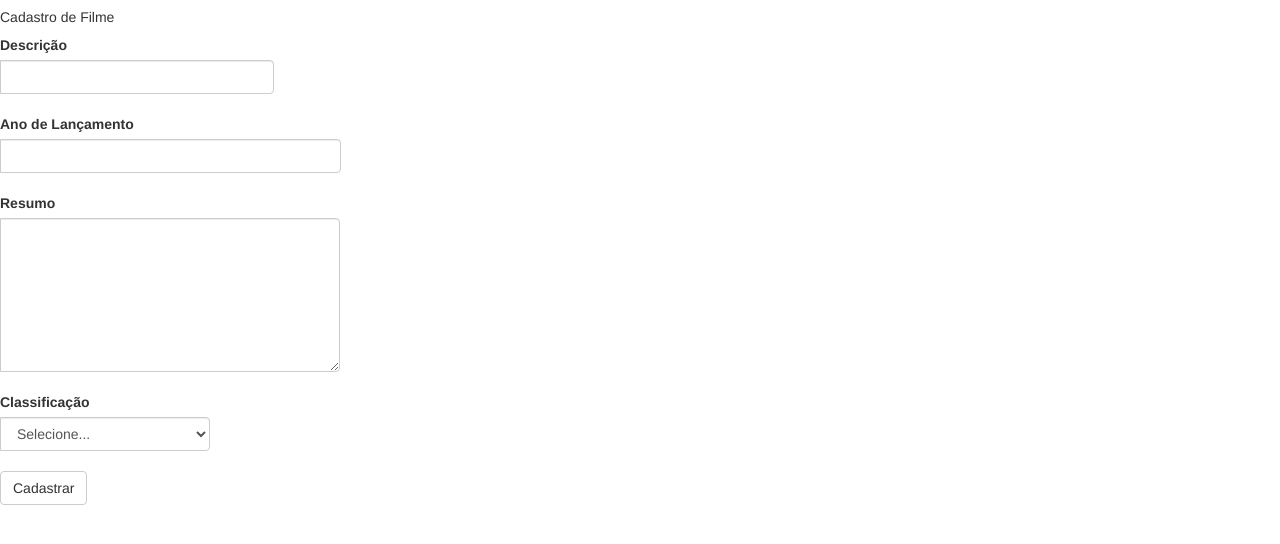
Repository: cadupedrassani/CursoDeJava
Page: Avaliação/BaseAPI/WebApp/src/main/webapp/filme/cadastro.html
These files come from the project's save history. The page is drawn as it stood at one moment and after the next save; the edit follows.
The browser window is 1280 px wide. The pictures show the whole page.

Above is the page before, as saved 2016-12-06 16:15:07.

After the next save:
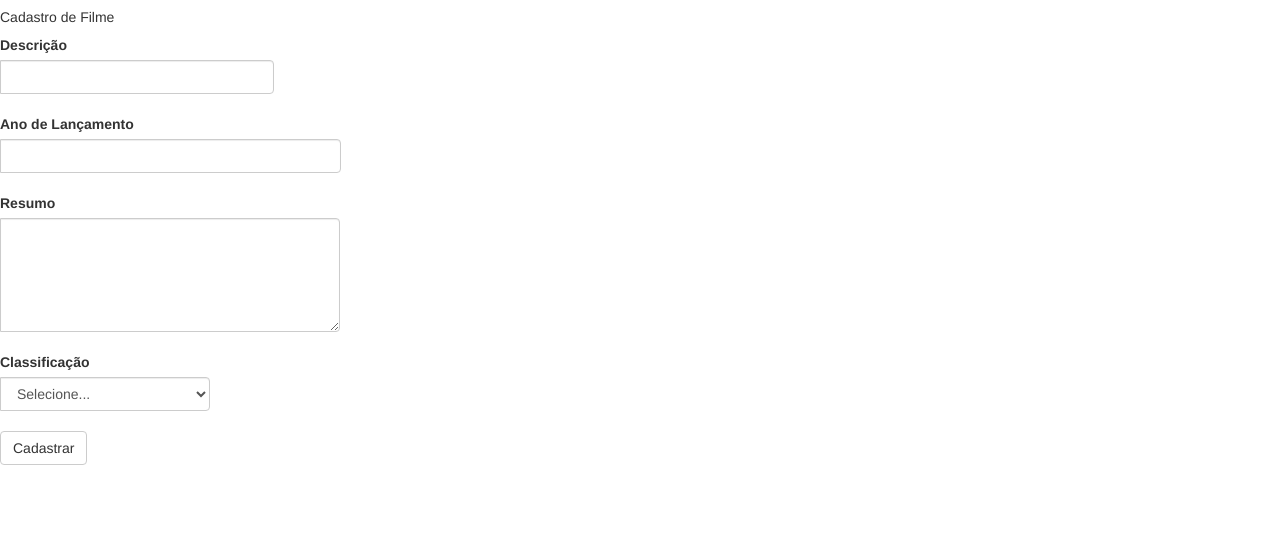
Saved 22 s later.
--- a/Avaliação/BaseAPI/WebApp/src/main/webapp/filme/cadastro.html
+++ b/Avaliação/BaseAPI/WebApp/src/main/webapp/filme/cadastro.html
@@ -27,7 +27,7 @@
 
 <div class="input-group">
 	<label>Resumo</label>
-	<textarea rows="7"
+	<textarea rows="5"
 			  cols="30"
 			  id="resumo-filme"
 	       	  class="form-control"></textarea>
